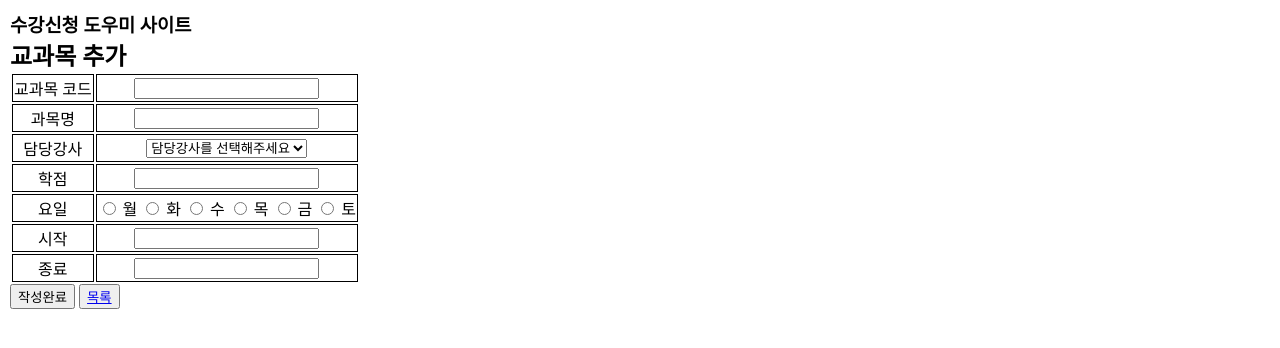
Repository: Tor1a/SpringSet
Page: http://localhost/practice02/WEB-INF/views/course/add.jsp
These files come from the project's save history. The page is drawn as it stood at one moment and after the next save; the edit follows.
The browser window is 1280 px wide. The pictures show the whole page.
The page is served by Tomcat 9. Nobody is signed in. The template is opened directly, without the code that normally fills it, so the values that code supplies are empty.

Above is the page before, as saved 2022-04-14 05:55:11.

After the next save:
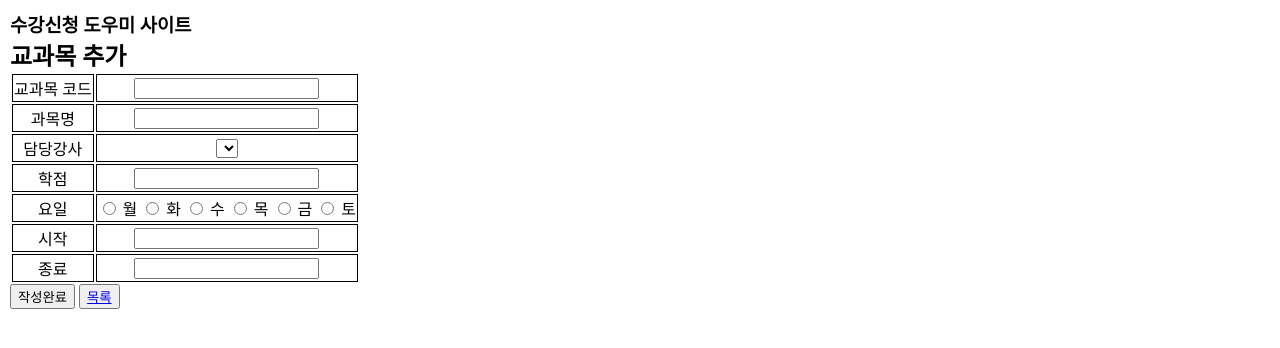
Saved 47 s later.
--- a/practice02/src/main/webapp/WEB-INF/views/course/add.jsp
+++ b/practice02/src/main/webapp/WEB-INF/views/course/add.jsp
@@ -37,7 +37,7 @@
 	 			<td>담당강사</td>
 	 			<td>
 	 			  <select id="lecturer" name="lecturer">
-	 				<option>담당강사를 선택해주세요</option>
+	 				<option></option>
 	 					<c:forEach var="lcList" items="${lcList}">
 	 						<option  value="${lcList.idx}">
 							${lcList.crName}

After the 2 saves that followed:
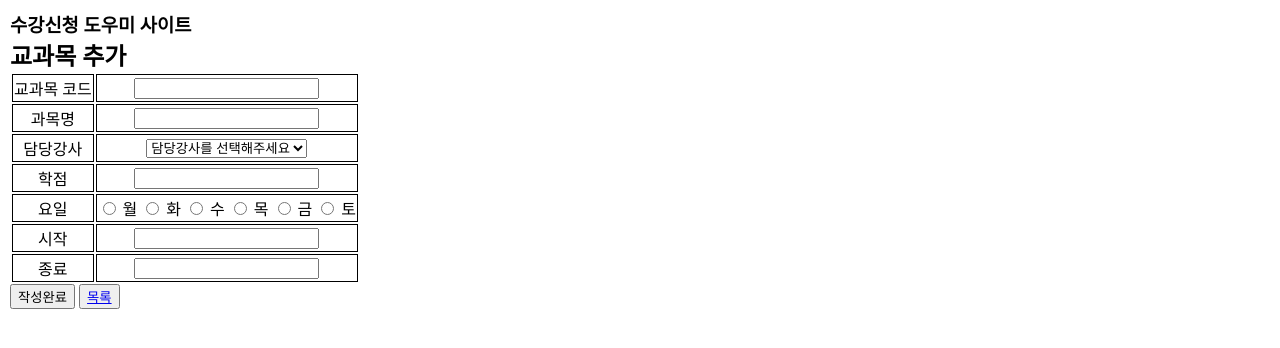
The 2 saves are shown as one change because 1 left the picture as it was.
The last was saved 5 min 6 s later.
--- a/practice02/src/main/webapp/WEB-INF/views/course/add.jsp
+++ b/practice02/src/main/webapp/WEB-INF/views/course/add.jsp
@@ -37,7 +37,7 @@
 	 			<td>담당강사</td>
 	 			<td>
 	 			  <select id="lecturer" name="lecturer">
-	 				<option></option>
+	 				<option value="0">담당강사를 선택해주세요</option>
 	 					<c:forEach var="lcList" items="${lcList}">
 	 						<option  value="${lcList.idx}">
 							${lcList.crName}
--- a/practice02/src/main/webapp/resources/js/course/Add.js
+++ b/practice02/src/main/webapp/resources/js/course/Add.js
@@ -7,7 +7,7 @@ function addCheck(){
 		alert("내용을 입력해주세요");
 		$("#crName").focus();
 		return;
-	}else if($("#lecturer").val() == ""){
+	}else if($("#lecturer").val() == "0"){
 		alert("담당강사를 선택해주세요");
 		return;
 	}
